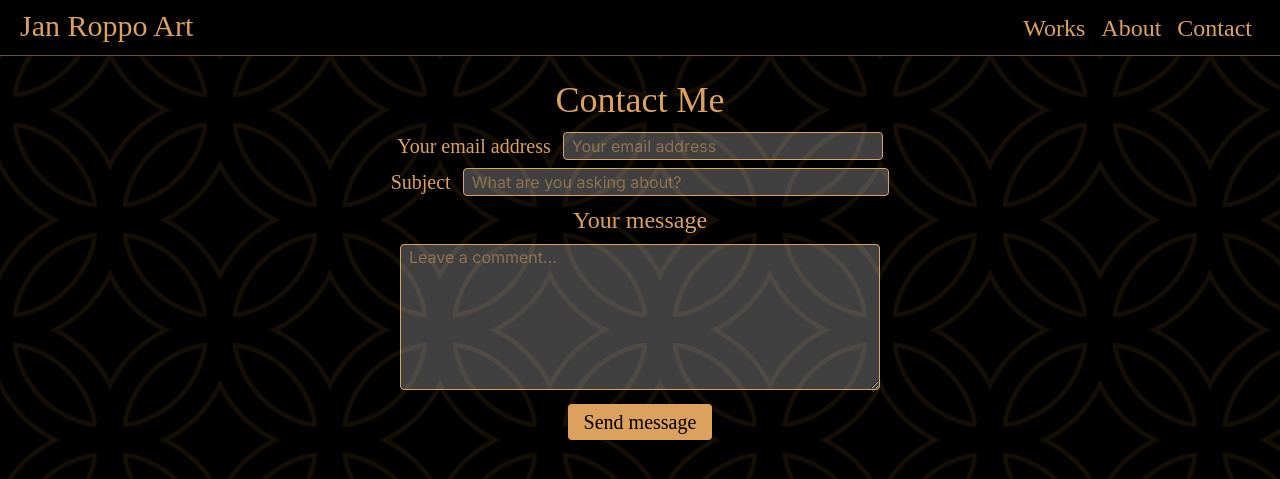
Repository: YanceMcFinn/JRArt
Page: /contact
An editor plug-in stored every save of this project. The page is shown before and after the next save, followed by the edit.
The browser window is 1280 px wide. The pictures show the whole page.
Some web fonts or font styles are not loaded; a fallback is used. The project was rebuilt for these pictures with package versions that can differ from the ones it lists, and the page was loaded fresh each time. The framework's server and built-in components were replaced by stand-ins that run in the browser. Also part of the build but not shown: next.config.js.

Above is the page before, as saved 2023-10-29 14:22:54.

### app/layout.js
import './globals.css'
import { Inter } from 'next/font/google'

import Navbar from './components/Navbar'

const inter = Inter({ subsets: ['latin'] })

export const metadata = {
  title: 'Jan Roppo Art',
  description: 'The art of Jan Roppo',
}

export default function RootLayout({ children }) {
  return (
    <html lang="en">
      <head>
        <link rel="preconnect" href="https://fonts.googleapis.com" />
        <link rel="preconnect" href="https://fonts.gstatic.com" crossorigin />
        <link href="https://fonts.googleapis.com/css2?family=Macondo+Swash+Caps&display=swap" rel="stylesheet" />
      </head>
      <body className={inter.className}>
        <Navbar />
        {children}
      </body>
    </html>
  )
}

### app/contact/page.jsx
'use client'

import Image from 'next/image'

export default function Contact() {
    return(
        <div className='text-main-color text-center justify-content-center mt-20'>
            <div className='title text-center text-4xl mb-3'>Contact Me</div>
                <form className='md:w-6/12 sm:w-9/12 mx-auto'>
                    <div className='mb-2 flex justify-center'>
                        <label for="email" className='pr-3 title text-xl'>Your email address</label>
                        <input type="email" className='rounded w-6/12 px-2 bg-white/25 border border-main-color text-main-color placeholder-main-color/50 focus:border-main-color focus:border-2 focus:outline-none focus:ring-0'id="email" placeholder="Your email address" required/>
                    </div>
                    <div className='mb-2 flex justify-center'>
                        <label for="subject" className='pr-3 title text-xl'>Subject</label>
                        <input type="text" id="subject" className='rounded w-4/6 px-2 bg-white/25 border border-main-color text-main-color placeholder-main-color/50 focus:border-main-color focus:border-2 focus:outline-none focus:ring-0' placeholder="What are you asking about?" required/>
                    </div>
                    <div className='w-9/12 mx-auto'>
                        <label for="message" className='title text-2xl' >Your message</label><br/>
                        <textarea id="message" rows="6" placeholder="Leave a comment..." className='rounded w-full px-2 mt-2 bg-white/25 border border-main-color text-main-color placeholder-main-color/50 focus:border-main-color focus:border-2 focus:outline-none focus:ring-0'></textarea>
                    </div>
          <button type="submit" className='bg-main-color text-black title text-xl rounded px-4 py-1 mt-2'>Send message</button>
      </form>
        </div>
    )
}

### app/globals.css
@tailwind base;
@tailwind components;
@tailwind utilities;

@import url('https://fonts.googleapis.com/css2?family=Macondo+Swash+Caps&display=swap');
/* body {
 background-color: black;
} */


.title {
    font-family: 'Macondo Swash Caps', cursive;
}

html {
    --s: 220px; /* control the size */
    --c1: #150e05;
    --c2: #000000;

    --_g:radial-gradient(#0000 60%,var(--c1) 61% 63%,#0000 64% 77%,var(--c1) 78% 80%,#0000 81%);
    --_c:,#0000 75%,var(--c2) 0;
    background:
      conic-gradient(at 12% 20% var(--_c)) calc(var(--s)* .44) calc(.9*var(--s)),
      conic-gradient(at 12% 20% var(--_c)) calc(var(--s)*-.06) calc(.4*var(--s)),
      conic-gradient(at 20% 12% var(--_c)) calc(.9*var(--s)) calc(var(--s)* .44),
      conic-gradient(at 20% 12% var(--_c)) calc(.4*var(--s)) calc(var(--s)*-.06),
      var(--_g),var(--_g) calc(var(--s)/2) calc(var(--s)/2) var(--c2);
    background-size: var(--s) var(--s);
    background-attachment: fixed;
  }

### app/components/Navbar.jsx
import React from "react";

const Navbar = () => {
    return(
    <>
    <div className="top-0 w-full z-10 h-14 bg-black px-5 py-2 text-main-color border-b border-b-main-color/50 fixed">
      <div className="float-left title text-3xl">
        <a className="hover:text-white" href="/">Jan Roppo Art</a>
      </div>
      <div className="mt-1 float-right title text-2xl">
        <ul>
        <li className="inline px-2">
            <a href="/" className="hover:text-white">Works</a>
          </li>
          <li className="inline px-2">
            <a href="/about" className="hover:text-white">About</a>
          </li>
          <li className="inline px-2">
            <a href="/contact" className="hover:text-white">Contact</a>
          </li>
        </ul>
      </div>
    </div>
    </>

    )
}

export default Navbar

### tailwind.config.js
/** @type {import('tailwindcss').Config} */
module.exports = {
  content: [
    './pages/**/*.{js,ts,jsx,tsx,mdx}',
    './components/**/*.{js,ts,jsx,tsx,mdx}',
    './app/**/*.{js,ts,jsx,tsx,mdx}',
  ],
  theme: {
    extend: {
      backgroundImage: {
      },
      colors: {
        'main-color': '#dda15e'
      },
    },
  },
  plugins: [],
}

After the next save:
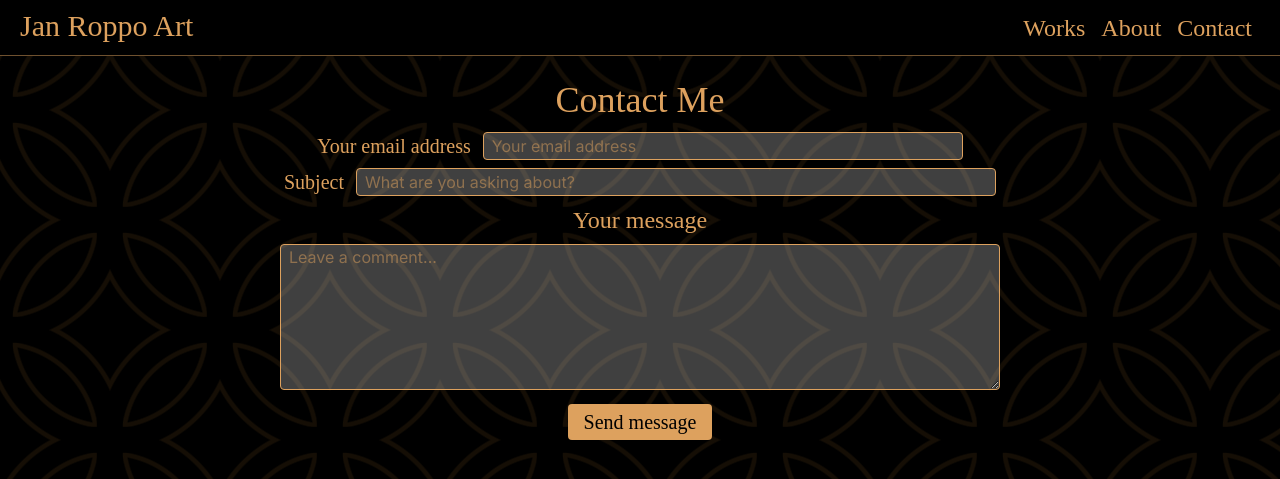
Saved 25 s later.
--- a/app/contact/page.jsx
+++ b/app/contact/page.jsx
@@ -6,7 +6,7 @@
     return(
         <div className='text-main-color text-center justify-content-center mt-20'>
             <div className='title text-center text-4xl mb-3'>Contact Me</div>
-                <form className='md:w-6/12 sm:w-9/12 mx-auto'>
+                <form className='w-9/12 mx-auto'>
                     <div className='mb-2 flex justify-center'>
                         <label for="email" className='pr-3 title text-xl'>Your email address</label>
                         <input type="email" className='rounded w-6/12 px-2 bg-white/25 border border-main-color text-main-color placeholder-main-color/50 focus:border-main-color focus:border-2 focus:outline-none focus:ring-0'id="email" placeholder="Your email address" required/>

After the save that followed:
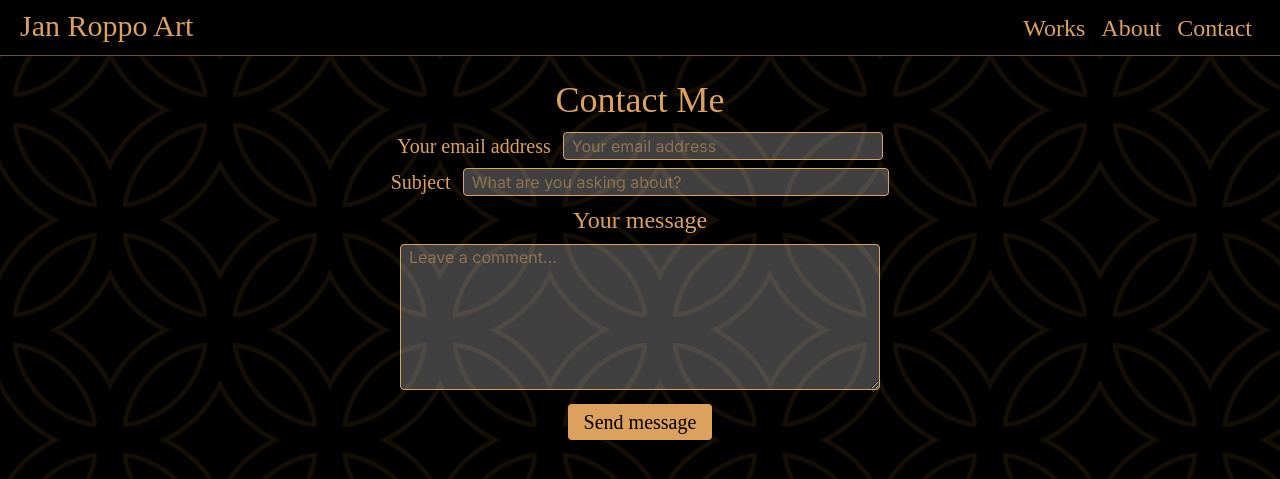
Saved 21 s later.
--- a/app/contact/page.jsx
+++ b/app/contact/page.jsx
@@ -6,7 +6,7 @@
     return(
         <div className='text-main-color text-center justify-content-center mt-20'>
             <div className='title text-center text-4xl mb-3'>Contact Me</div>
-                <form className='w-9/12 mx-auto'>
+                <form className='md:w-6/12 sm:w-9/12 mx-auto'>
                     <div className='mb-2 flex justify-center'>
                         <label for="email" className='pr-3 title text-xl'>Your email address</label>
                         <input type="email" className='rounded w-6/12 px-2 bg-white/25 border border-main-color text-main-color placeholder-main-color/50 focus:border-main-color focus:border-2 focus:outline-none focus:ring-0'id="email" placeholder="Your email address" required/>
